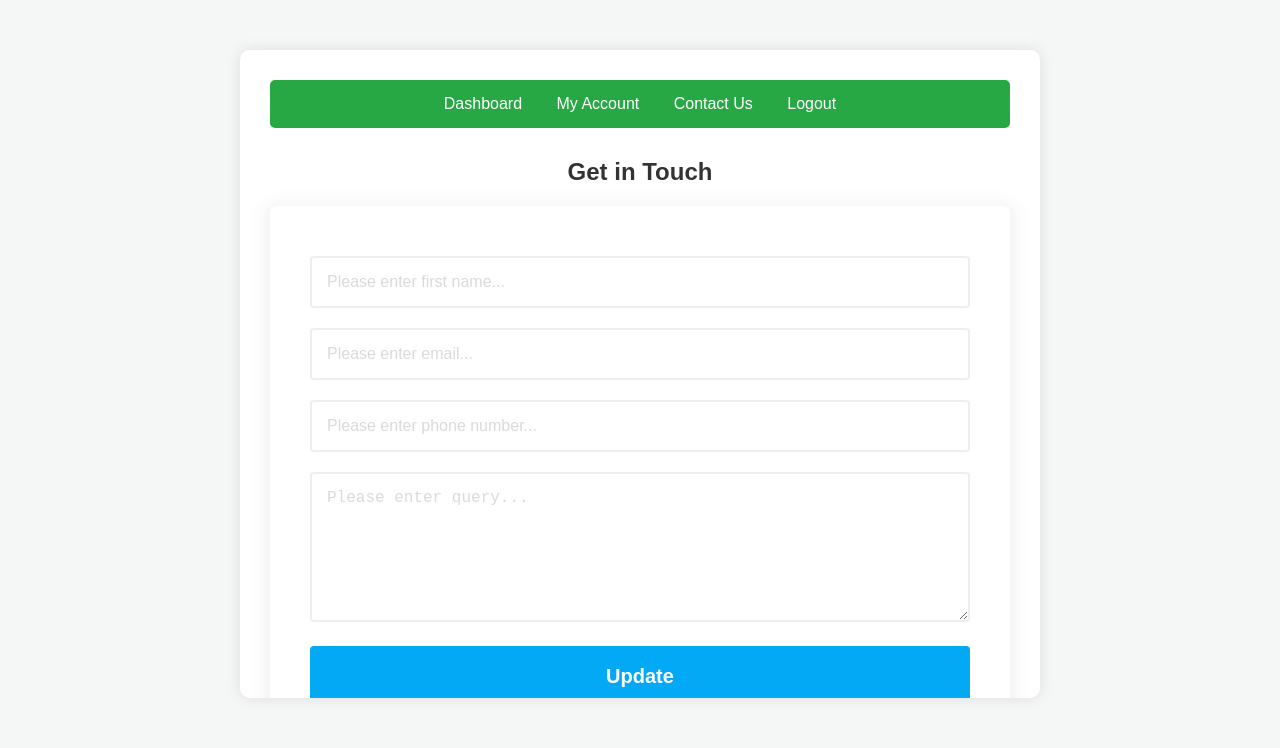
Repository: AmodhyaSharinda/java-CRUD
Page: http://localhost/java_project/updateConctactus.jsp
These files come from the project's save history. The page is drawn as it stood at one moment and after the next save; the edit follows.
The browser window is 1280 px wide. The pictures show the whole page.
An inner scrolling area shows only its first screen. The page is served by Tomcat 9. Other server files are loaded and not shown.

Above is the page before, as saved 2024-10-01 06:56:55.

### java_project/src/main/webapp/updateConctactus.jsp
<!DOCTYPE html>
<html lang="en">
<head>
  <meta charset="UTF-8">
  <meta name="viewport" content="width=device-width, initial-scale=1.0">
  <title>Contact Us</title>
  <style>
    * {
      margin: 0;
      padding: 0;
      box-sizing: border-box;
    }

    body {
      font-family: 'Arial', sans-serif;
      background: #f4f7f6;
    }

    .container {
      max-width: 800px; /* Set the same max-width */
      margin: 50px auto;
      background: #fff;
      padding: 30px;
      box-shadow: 0 0 15px rgba(0, 0, 0, 0.1);
      border-radius: 10px;
      overflow-y: auto; /* Enable vertical scrolling */
      max-height: 90vh; /* Limit the maximum height of the container */
    }

    h2 {
      margin-bottom: 20px;
      color: #333;
      text-align: center;
    }

    .nav-menu {
      background: #28a745;
      padding: 15px;
      border-radius: 5px;
      margin-bottom: 30px;
      text-align: center;
    }

    .nav-menu a {
      color: white;
      text-decoration: none;
      margin: 0 15px;
      font-size: 16px;
      transition: color 0.3s;
    }

    .nav-menu a:hover {
      text-decoration: underline;
      color: #d4edda;
    }

    .form-wrapper {
      background-color: white;
      padding: 50px 40px;
      box-shadow: rgba(0, 0, 0, 0.05) 0px 4px 20px 7px;
      border-radius: 6px;
      text-align: center;
    }

    .text-blk {
      margin: 0;
      line-height: 25px;
    }

    .input, .textinput {
      width: 100%;
      padding: 15px;
      border: 2px solid #eeeeee;
      font-size: 16px;
      color: black;
      border-radius: 4px;
      margin-bottom: 20px; /* Add some margin for spacing */
    }

    .textinput {
      min-height: 150px;
    }

    .submit-btn {
      width: 100%;
      background-color: #03a9f4;
      height: 60px;
      font-size: 20px;
      font-weight: 700;
      color: white;
      border: none;
      border-radius: 4px;
      cursor: pointer;
      transition: background 0.3s;
    }

    .submit-btn:hover {
      background-color: #0381fe;
    }

    .social-media-links {
      display: flex;
      justify-content: space-evenly;
      margin: 50px 0;
    }

    .link-img {
      width: 30px;
      height: 30px;
    }

    ::placeholder {
      color: #dadada;
    }

    @media (max-width: 768px) {
      .input, .textinput, .submit-btn {
        width: 100%;
      }
    }
  </style>
</head>
<body>

  <div class="container">
    <div class="nav-menu">
      <a href="dashboard.jsp">Dashboard</a>
      <a href="customerAccount.jsp">My Account</a>
      <a href="contactUs.jsp">Contact Us</a>
      <a href="logout.jsp">Logout</a>
    </div>

    <h2>Get in Touch</h2>

    <form action="contactInsert" method="post" class="form-wrapper">
      <input class="input" name="UserName" placeholder="Please enter first name..." value="" required>
      <input class="input" name="Email" placeholder="Please enter email..." value=""  required>
      <input class="input" name="PhoneNumber" placeholder="Please enter phone number..." value=""  required>
	  <textarea class="textinput" name="Msg" placeholder="Please enter query..." required></textarea>
      <button type="submit" class="submit-btn">Update</button>
    </form>

    <div class="social-media-links">
      <a href="#"><img class="link-img" src="https://workik-widget-assets.s3.amazonaws.com/Footer1-83/v1/images/Icon-twitter.png" alt="Twitter"></a>
      <a href="#"><img class="link-img" src="https://workik-widget-assets.s3.amazonaws.com/Footer1-83/v1/images/Icon-facebook.png" alt="Facebook"></a>
      <a href="#"><img class="link-img" src="https://workik-widget-assets.s3.amazonaws.com/Footer1-83/v1/images/Icon-google.png" alt="Google"></a>
      <a href="#"><img class="link-img" src="https://workik-widget-assets.s3.amazonaws.com/Footer1-83/v1/images/Icon-instagram.png" alt="Instagram"></a>
    </div>
  </div>

</body>
</html>

After the next save:
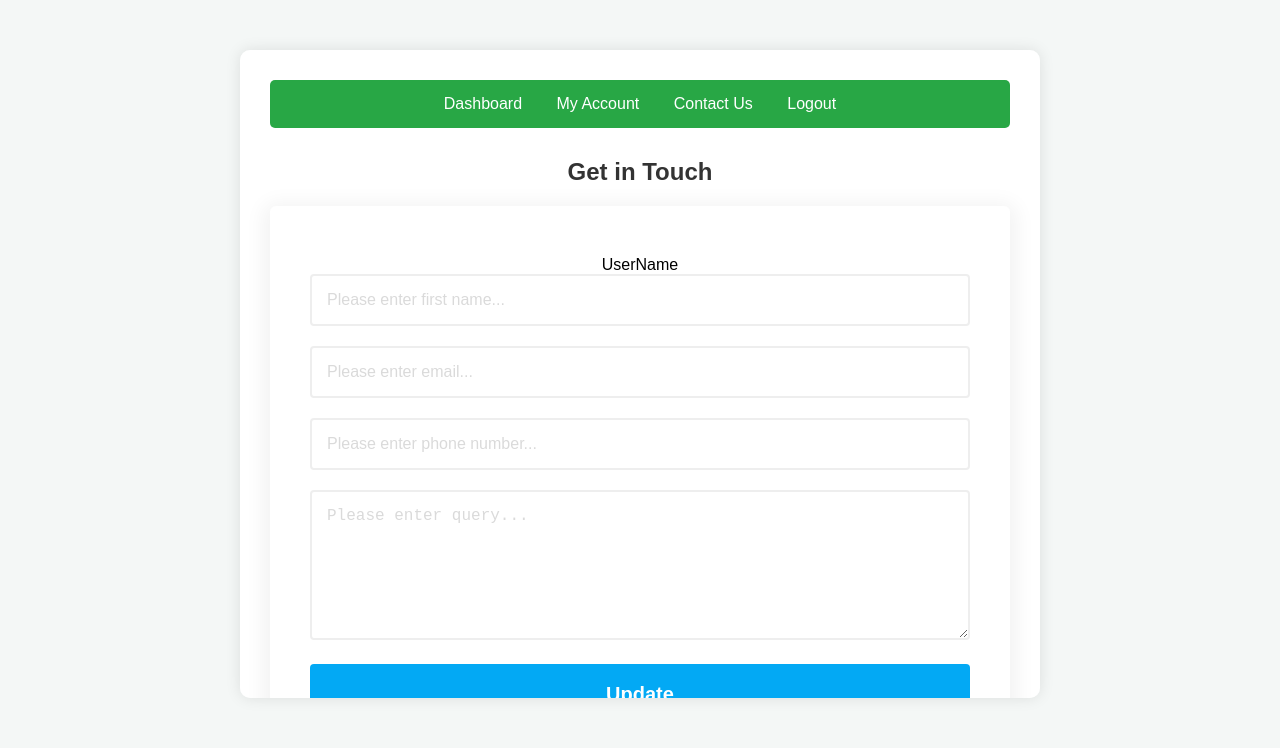
Saved 60 s later.
--- a/java_project/src/main/webapp/updateConctactus.jsp
+++ b/java_project/src/main/webapp/updateConctactus.jsp
@@ -133,6 +133,7 @@
     <h2>Get in Touch</h2>
 
     <form action="contactInsert" method="post" class="form-wrapper">
+    UserName
       <input class="input" name="UserName" placeholder="Please enter first name..." value="" required>
       <input class="input" name="Email" placeholder="Please enter email..." value=""  required>
       <input class="input" name="PhoneNumber" placeholder="Please enter phone number..." value=""  required>
